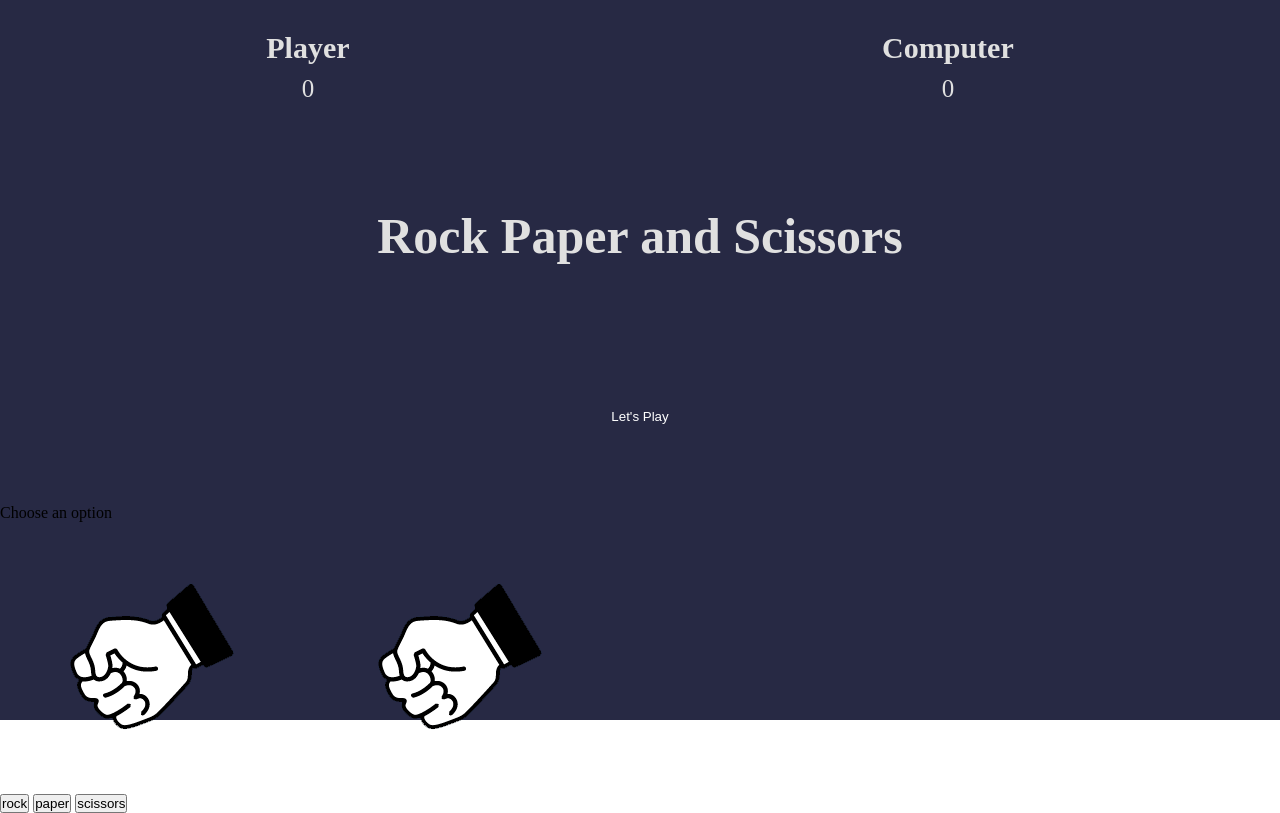
Repository: issaRan/Rock-Paper-Scissors
Page: index.html
An editor plug-in stored every save of this project. The page is shown before and after the next save, followed by the edit.
The browser window is 1280 px wide. The pictures show the whole page.

Above is the page before, as saved 2020-10-23 22:35:14.

After the next save:
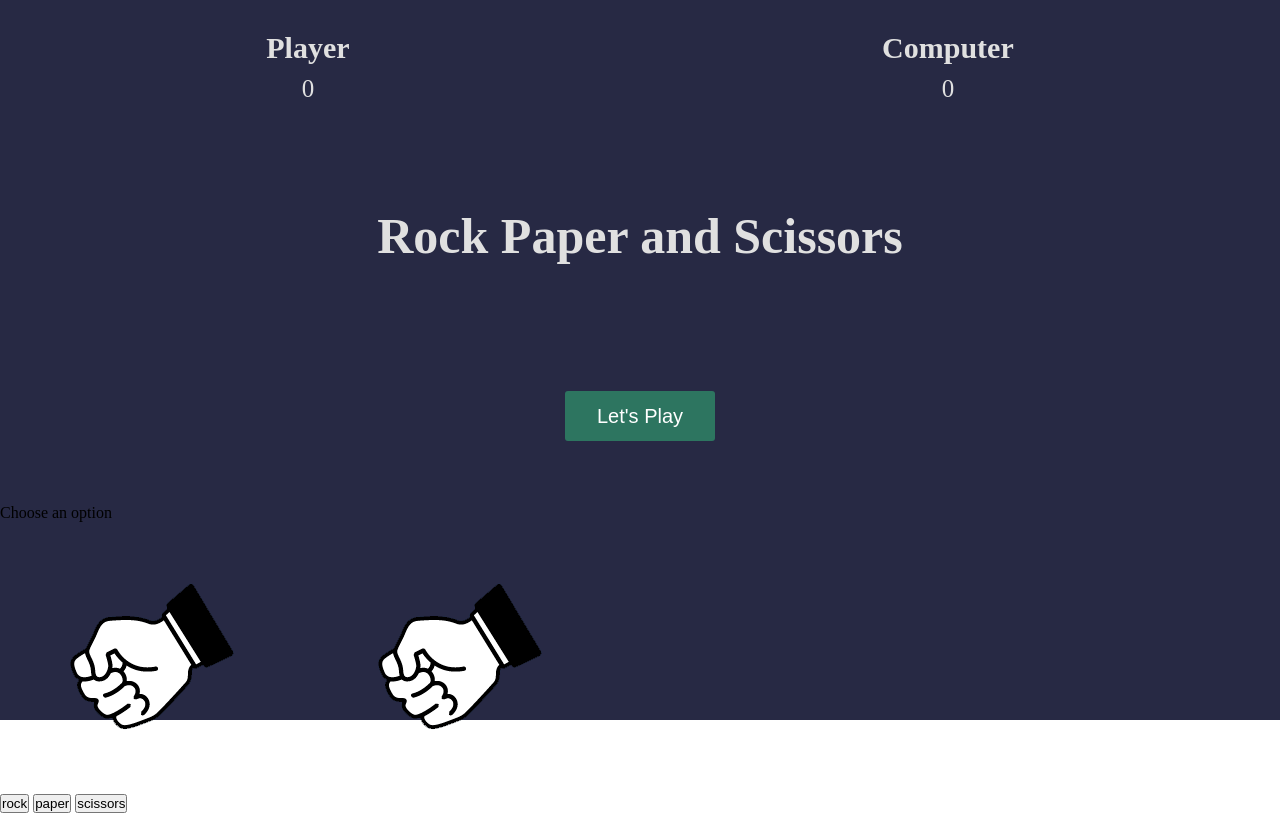
Saved 30 s later.
--- a/style.css
+++ b/style.css
@@ -42,4 +42,7 @@ section{
     background: none;
     border: none;
     color: white;
+    font-size: 20px;
+    background-color: rgb(45,117,96);
+    border-radius: 3px;
 }
